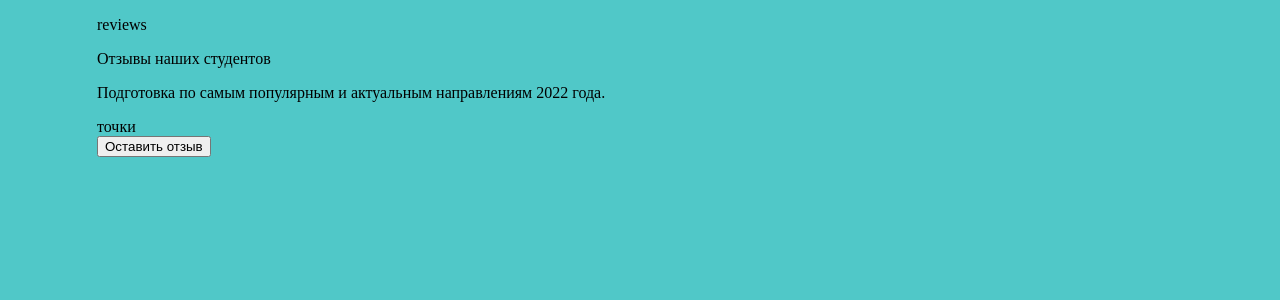
Repository: Malvuna/Studi
Page: index.html
These files come from the project's save history. The page is drawn as it stood at one moment and after the next save; the edit follows.
The browser window is 1280 px wide. The pictures show the whole page.

Above is the page before, as saved 2022-07-11 14:28:54.

### index.html

<!DOCTYPE html>
<html lang="en">
  <head>
    <meta charset="UTF-8" />
    <meta http-equiv="X-UA-Compatible" content="IE=edge" />
    <meta name="viewport" content="width=device-width, initial-scale=1.0" />
    <link rel="stylesheet" href="./css/style.css" />
    <link rel="preconnect" href="https://fonts.googleapis.com">
    <link rel="preconnect" href="https://fonts.gstatic.com" crossorigin>
    <link href="https://fonts.googleapis.com/css2?family=Caveat:wght@400;600;700&family=Inter:wght@400;600;700&display=swap" rel="stylesheet">
  <body>
    <header>
    </header>

    <main>
      <div id="container" class="container">

      <p>reviews</p>
      <p>Отзывы наших студентов</p>
      <p>Подготовка по самым популярным и актуальным направлениям 2022 года.</p>
      <div></div>
      <div>точки</div>
      <button>Оставить отзыв</button>

    </div>
    </main>


    <footer>

    </footer>

  </body>
  <script type="module" src="./javascript/javascript.js"></script>
</html>

### css/style.css

body{
 background-color: rgb(80, 200, 200);
}

.container {
    width: 1086px;
    border: 1px salmon ;
    margin: 0 auto;
}

### javascript/javascript.js


//переменная для общего контейнера
let container = document.querySelector("#container");

After the next save:
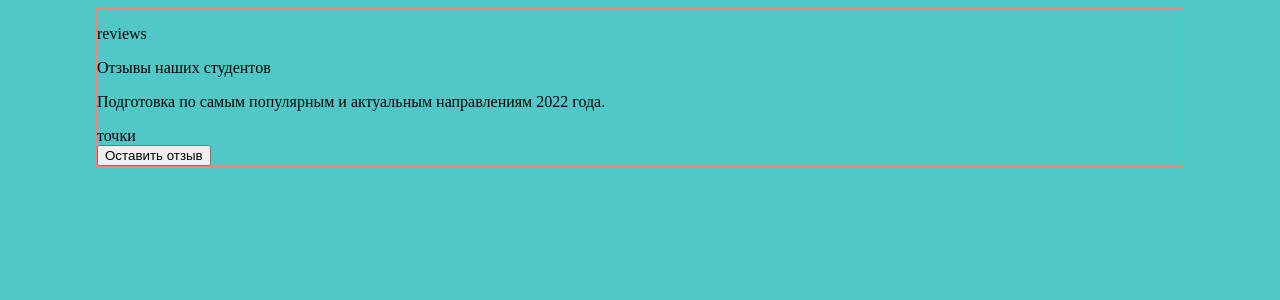
Saved 74 min 38 s later.
--- a/css/style.css
+++ b/css/style.css
@@ -5,6 +5,6 @@ body{
 
 .container {
     width: 1086px;
-    border: 1px salmon ;
+    border: 1px salmon solid;
     margin: 0 auto;
 }
